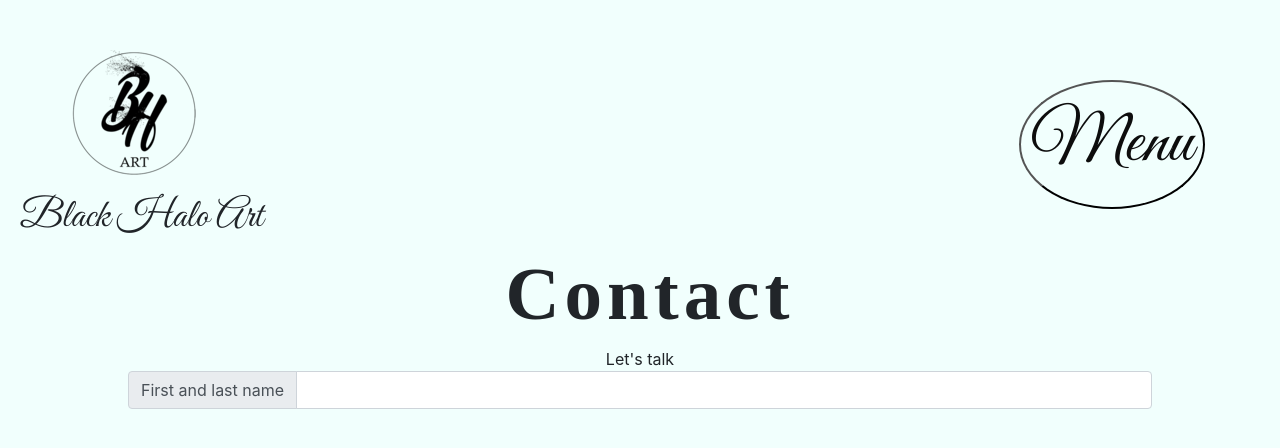
Repository: Cosy-Chaos/project-time
Page: contact.html
The author's editor kept a record of every edit. The page is drawn from the files as they stood at one moment, then again after the next edit.
The browser window is 1280 px wide. The pictures show the whole page.
Some web fonts or font styles are not loaded; a fallback is used.

Above is the page before.

After the next edit:
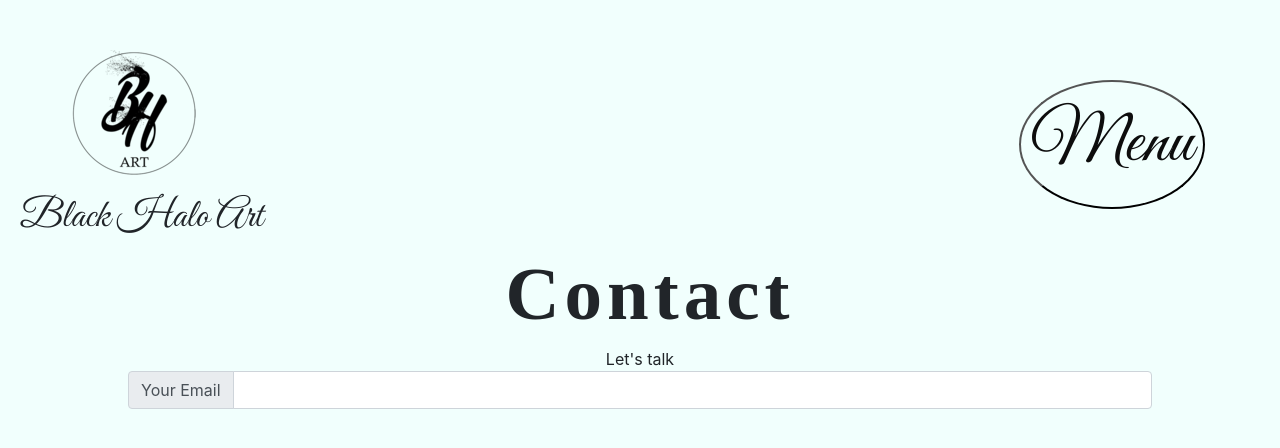
The edit:
--- a/contact.html
+++ b/contact.html
@@ -43,7 +43,7 @@
 
           <div class="input-group">
   <div class="input-group-prepend">
-    <span class="input-group-text">First and last name</span>
+    <span class="input-group-text">Your Email</span>
   </div>
   <input type="text" aria-label="Your email" class="form-control">
 </div>
